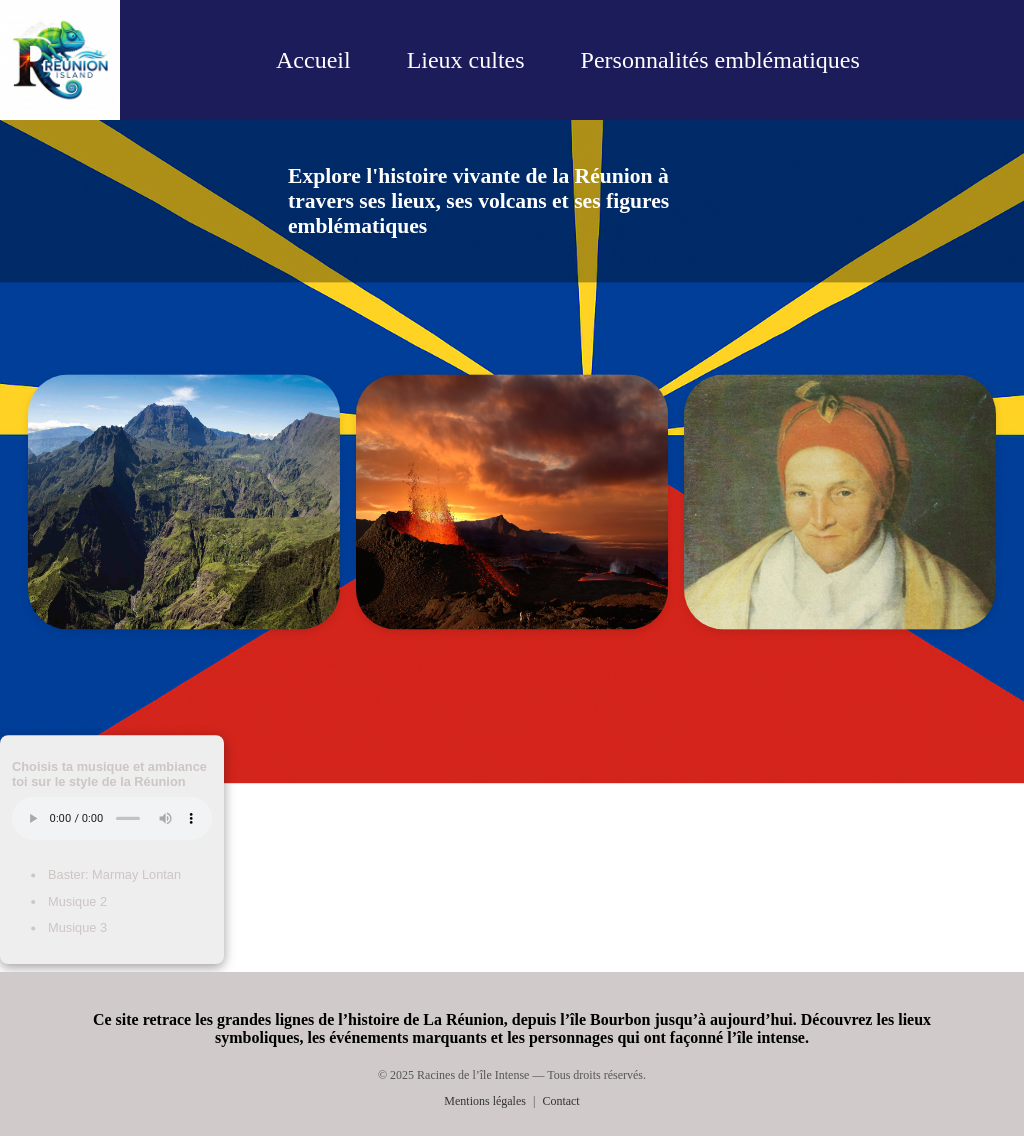
Repository: racinesintense974/Racines-de-lile-intense
Page: index.html
The author's editor kept a copy of each file at every save. The page is drawn from the files as they stood at one save, then again after a run of saves.
The browser window is 1280 px wide. The pictures show the whole page, at 80% of full size.

Above is the page before, as saved 2026-02-12 14:50:48.

After the next 3 saves:
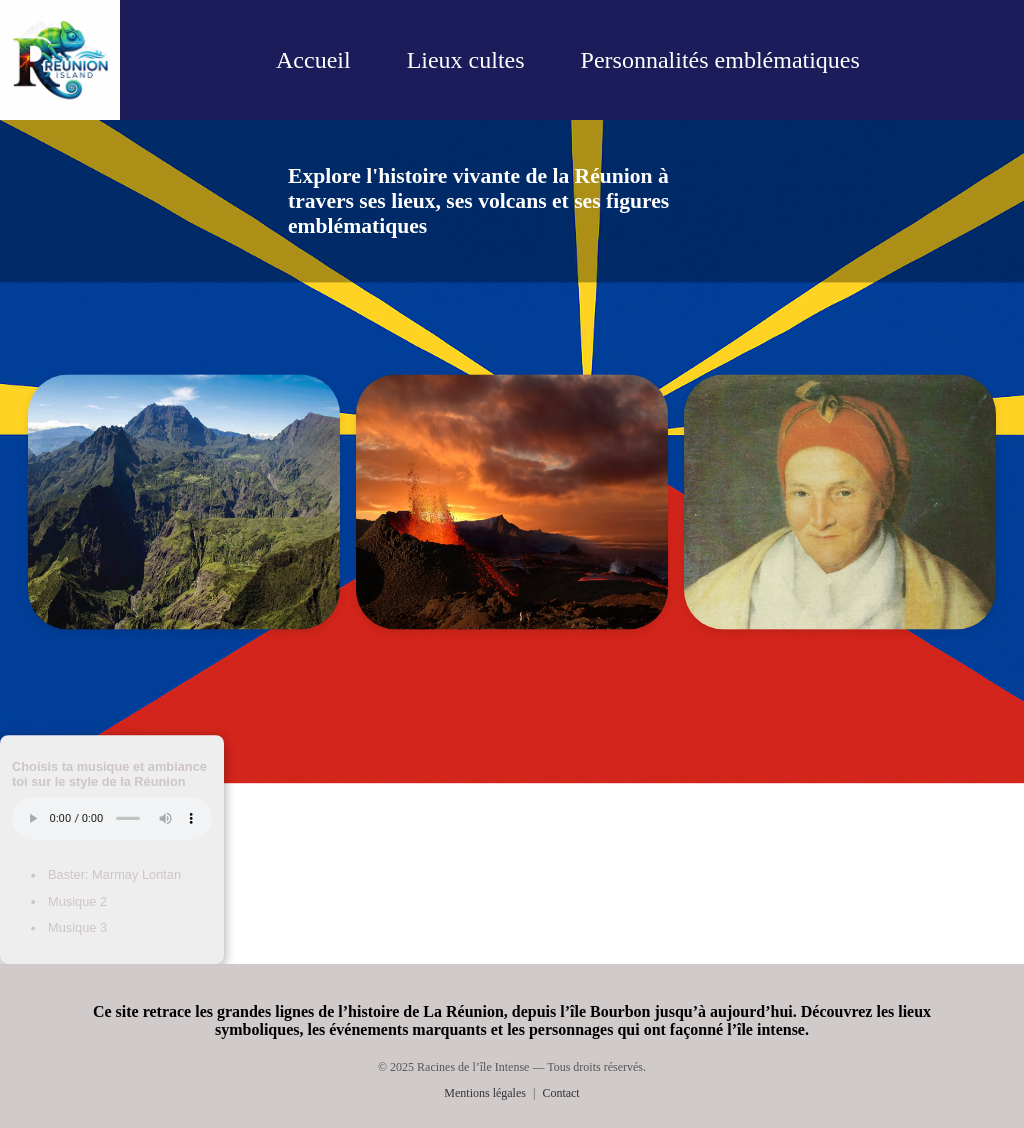
The 3 saves are shown as one change because they came seconds apart.
The last was saved 11 s later.
--- a/css/style.css
+++ b/css/style.css
@@ -87,7 +87,7 @@ html, body {
   font-size: 15px;
   color: #555;
   border-top: 1px solid #ccc;
-  margin-top: 10px;
+  margin-top: 0px;
    box-sizing: border-box;
 
 }
